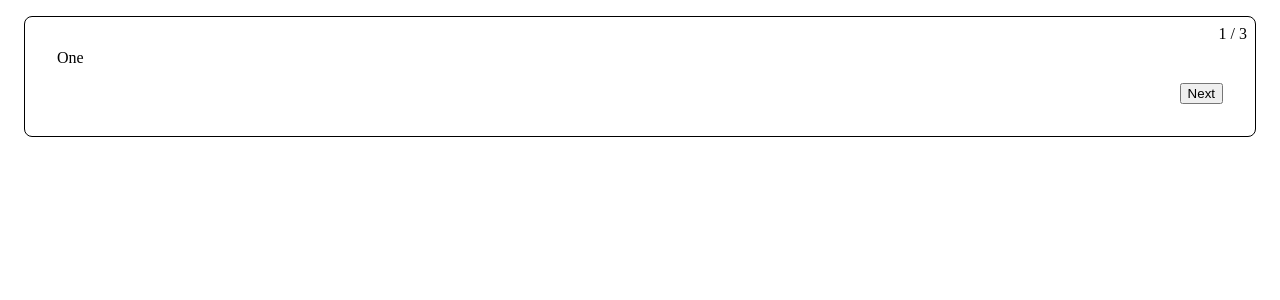
Repository: mohamediyas/reactMultiForm
Page: /
These files come from the project's save history. The page is drawn as it stood at one moment and after the next save; the edit follows.
The browser window is 1280 px wide. The pictures show the whole page.
The project was rebuilt for these pictures with package versions that can differ from the ones it lists, and the page was loaded fresh each time. Also part of the build but not shown: vite.config.ts.

Above is the page before, as saved 2022-10-08 19:44:27.

### src/App.tsx
import { useState } from "react";

import "./App.css";
import { useMultiform } from "./useMultiform";

function App() {
  const [count, setCount] = useState(0);

  const { step, currentstepIndex, steps, isFirstStep, back, next } =
    useMultiform([<div>One</div>, <div>Two</div>, <div>Three</div>]);

  return (
    <div
      style={{
        position: "relative",
        backgroundColor: "white",
        border: "1px solid black",
        padding: "2rem",
        margin: "1rem",
        borderRadius: "0.5rem",
        fontFamily: "Aerial",
      }}
    >
      <form>
        <div
          style={{
            position: "absolute",
            top: "0.5rem",
            right: "0.5rem",
          }}
        >
          {currentstepIndex + 1} / {steps.length}
        </div>

        {step}
        <div
          style={{
            marginTop: "1rem",
            display: "flex",
            gap: "0.5rem",
            justifyContent: "flex-end",
          }}
        >
          {!isFirstStep && (
            <button type="button" onClick={back}>
              Back
            </button>
          )}
          <button type="button" onClick={next}>
            Next
          </button>
        </div>
      </form>
    </div>
  );
}

export default App;

### src/useMultiform.ts
import { ReactElement, useState } from "react";

export function useMultiform(steps: ReactElement[]) {
  const [currentstepIndex, setCurrentstepIndex] = useState(0);

  function next() {
    setCurrentstepIndex((prev) => {
      if (prev >= steps.length - 1) return prev;

      return prev + 1;
    });
  }

  function back() {
    setCurrentstepIndex((prev) => {
      if (prev <= 0) return prev;

      return prev - 1;
    });
  }

  function goTo(index: number) {
    setCurrentstepIndex(index);
  }

  return {
    currentstepIndex,
    step: steps[currentstepIndex],
    next,
    back,
    goTo,
    steps,
    isFirstStep: currentstepIndex === 0,
  };
}

Loaded but not shown: index.html (common file); src/main.tsx (common file); src/App.css (no stored copy; drawn as an empty file); src/index.css (no stored copy; drawn as an empty file)

After the next save:
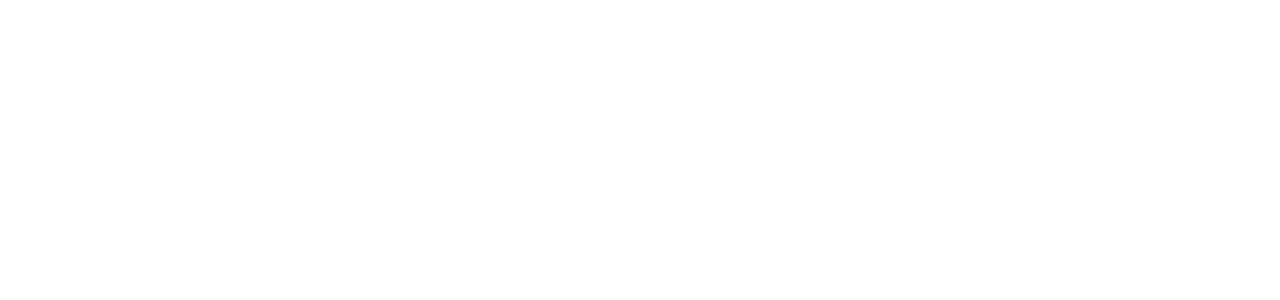
Console error: ReferenceError: Next is not defined
Saved 84 s later.
--- a/src/App.tsx
+++ b/src/App.tsx
@@ -6,7 +6,7 @@
 function App() {
   const [count, setCount] = useState(0);
 
-  const { step, currentstepIndex, steps, isFirstStep, back, next } =
+  const { step, currentstepIndex, isLastPage, steps, isFirstStep, back, next } =
     useMultiform([<div>One</div>, <div>Two</div>, <div>Three</div>]);
 
   return (
@@ -47,7 +47,7 @@
             </button>
           )}
           <button type="button" onClick={next}>
-            Next
+            {isLastPage ? "Finish" : Next}
           </button>
         </div>
       </form>

After the 2 saves that followed:
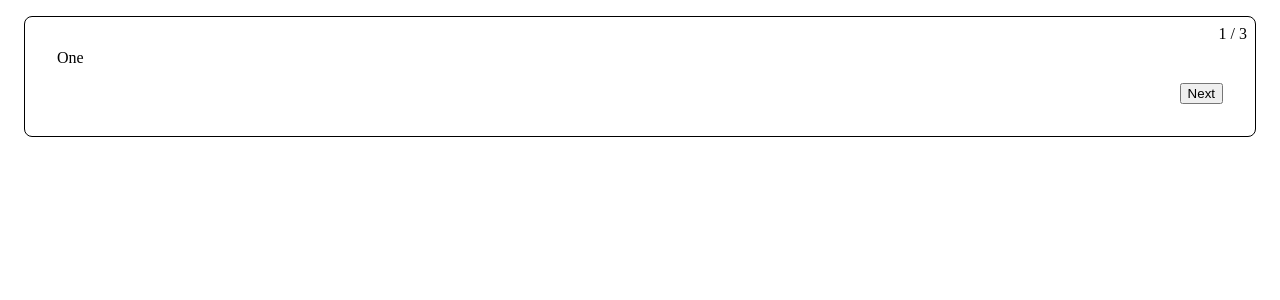
The error is gone.
The 2 saves are shown as one change because 1 left the picture as it was.
The last was saved 39 s later.
--- a/src/App.tsx
+++ b/src/App.tsx
@@ -47,7 +47,7 @@
             </button>
           )}
           <button type="button" onClick={next}>
-            {isLastPage ? "Finish" : Next}
+            {isLastPage ? "Finish" : "Next"}
           </button>
         </div>
       </form>
--- a/src/useMultiform.ts
+++ b/src/useMultiform.ts
@@ -31,5 +31,6 @@
     goTo,
     steps,
     isFirstStep: currentstepIndex === 0,
+    isLastPage: currentstepIndex === steps.length - 1,
   };
 }
